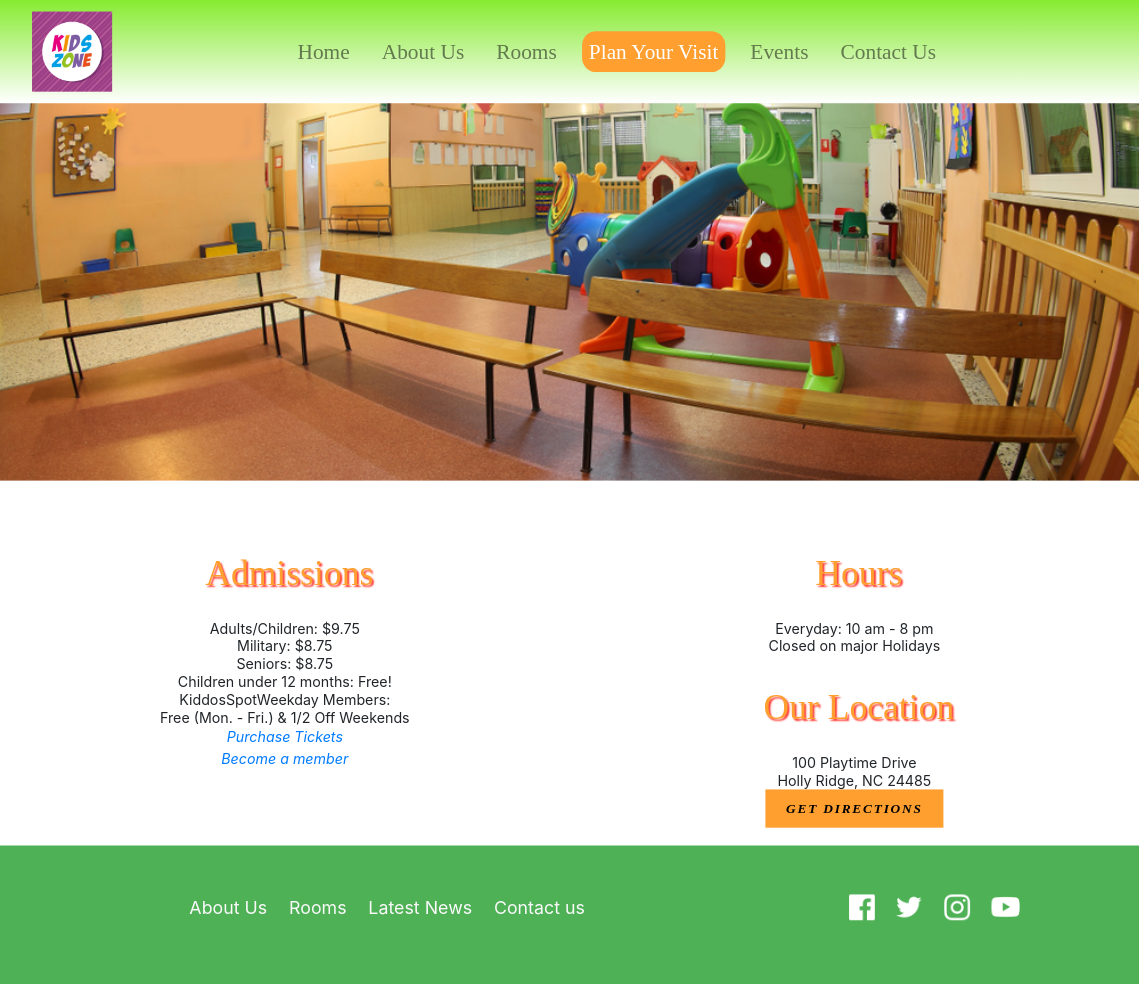
Repository: Code-Institute-Submissions/my-first-frontend-milestone-project
Page: planyourvisit.html
The author's editor kept a record of every edit. The page is drawn from the files as they stood at one moment, then again after the next edit.
The browser window is 1280 px wide. The pictures show the whole page, at 89% of full size.
Some web fonts or font styles are not loaded; a fallback is used.

Above is the page before.

After the next edit:
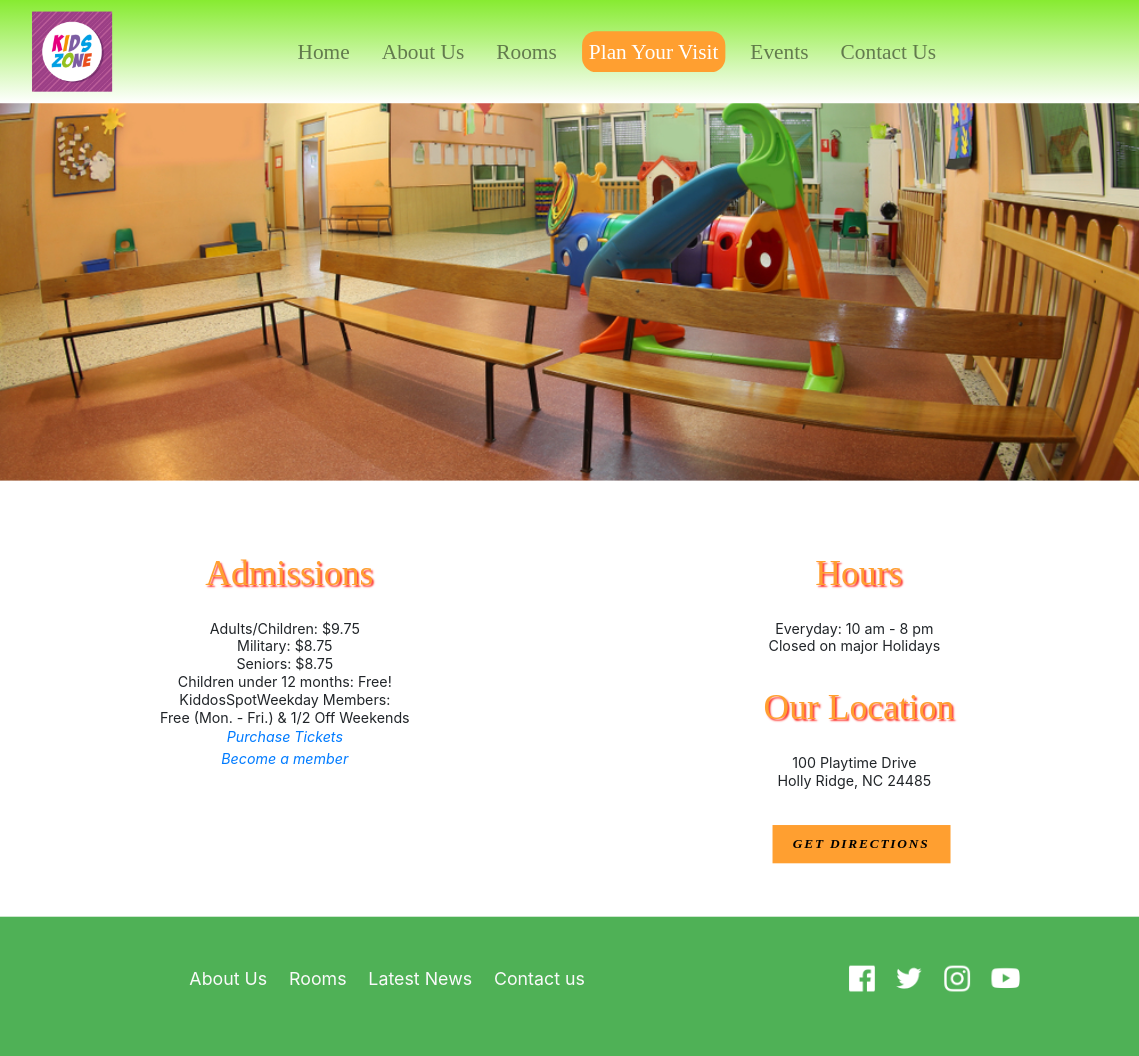
The edit:
--- a/css/style.css
+++ b/css/style.css
@@ -461,7 +461,7 @@
     text-transform: uppercase;
     text-decoration: none;
     font-family: 'Salsa', cursive;
-    margin-bottom:40px auto 40px 15px;
+    margin:40px auto 40px 15px;
   /*  margin-top:40px;
     margin-left:15px; */
 }
